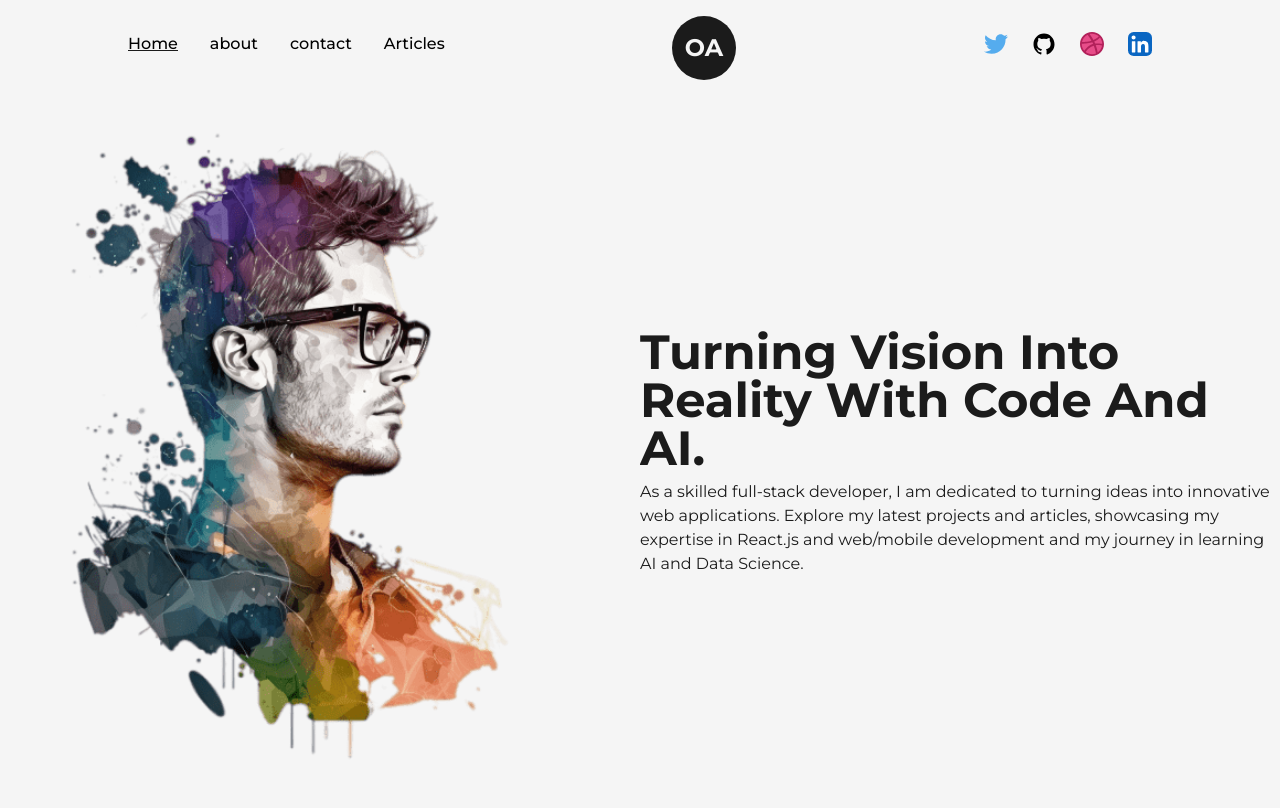
Repository: OussamaAbderraoufAttia/Next.js-Developer-Portfolio
Page: /
These files come from the project's save history. The page is drawn as it stood at one moment and after the next save; the edit follows.
The browser window is 1280 px wide. The pictures show the whole page.
The project was rebuilt for these pictures with package versions that can differ from the ones it lists, and the page was loaded fresh each time. The framework's server and built-in components were replaced by stand-ins that run in the browser. Also part of the build but not shown: next.config.js.

Above is the page before, as saved 2023-06-24 23:51:56.

### src/pages/_app.js
import NavBar from '@/components/NavBar'
import '@/styles/globals.css'
import { Montserrat } from 'next/font/google'
import Head from 'next/head'


const montserrat = Montserrat({
  subsets: ['latin'],
  variable: "--font-mont"
})
export default function App({ Component, pageProps }) {
  return (
    <>
    <Head>
      <meta name="viewport" content="width=device-width, initial-scale=1" />
      <link rel="icon" href="/favicon.ico" />
    </Head>
    <main className={`${montserrat.variable} font-mont bg-light w-full min-h-screen`}>
      <NavBar />
      <Component {...pageProps} />
    </main>
    </>
  )
}

### src/pages/index.js
import Head from 'next/head';
import Layout from '@/components/Layout';
import AnimatedText from '@/components/AnimatedText';
import Image from 'next/image';
import developerPic from '../../public/images/profile/developer-pic-1.png';

export default function Home() {
  return (
    <>
      <Head>
        <title>Oussama Abderraouf ATTIA</title>
        <meta name="description" content="Oussama Abderraouf ATTIA, 2CP student at ESI Algiers" />
      </Head>
      <main className="flex items-center text-dark w-full min-h-screen">
        <Layout>
          <div className="flex  items-center justify-between w-full">
            <div className='w-1/2'>
              <Image src={developerPic} alt="Oussama Abderraouf ATTIA" className="w-full h-auto" />
            </div>
            <div className='w-1/2 flex flex-col items-center self-center '>
              <AnimatedText text="Turning Vision Into Reality With Code And AI." className='!text-5xl !text-left'/>
              <p>
              As a skilled full-stack developer, I am dedicated to turning ideas into innovative web applications.
              Explore my latest projects and articles, showcasing my expertise in React.js and web/mobile development and my journey in learning AI and Data Science.
              </p>
            </div>
          </div>
        </Layout>
      </main>
    </>
  );
}

### src/components/NavBar.js
import Link from "next/link";
import React from "react";
import { useRouter } from "next/router";
import Logo from "./Logo";
import   { TwitterIcon, DribbbleIcon, GithubIcon, LinkedInIcon, PinterestIcon } from "./Icons";
import { motion } from "framer-motion";

const CustomLink = ({ href, title, className="" }) => {
    const router = useRouter();
    return (
        <Link href={href} className= {`${className} relative group `}>
            {title }
            <span className={`h-[1px] inline-block bg-dark absolute left-0 bottom-0.5 group-hover:w-full
            transiion-[width] ease duration-300 ${router.asPath === href ? "w-full" : "w-0" }
            `}> &nbsp; </span>
        </Link>
    )
}


const NavBar = () => {
    return (
        <header className="w-full px-32 py-8 font-medium flex items-center justify-between">
            <nav>
                <CustomLink href="/"  title="Home" className="mr-4"/>
                <CustomLink href="/about" title="about" className="mx-4"/>
                <CustomLink href="/contact"  title="contact" className="mx-4"/>
                <CustomLink href="/Articles"  title="Articles" className="ml-4"/>
            </nav>

            <nav className="flex item-center justify-center flex-wrap">
                <motion.a href="https://twitter.com/oussamaattia245" target={"_blank"}
                whileHover={{ y:-5  }}
                whileTap={{ scale: 0.9 }}
                className="w-6 mx-3"
                >
                    <TwitterIcon />
                 </motion.a>
                <motion.a href="https://github.com/OussamaAbderraoufAttia" target={"_blank"}
                whileHover={{ y:-5  }} whileTap={{ scale: 0.9 }}
                className="w-6 mx-3"
                > <GithubIcon /> </motion.a>
                <motion.a href="https://dribbble.com/JohnLoyd" target={"_blank"}
                whileHover={{ y:-5  }} whileTap={{ scale: 0.9 }}
                className="w-6 mx-3"
                > <DribbbleIcon /> </motion.a>
                <motion.a href="https://www.linkedin.com/in/oussama-abderraouf-attia-494b32225/" target={"_blank"}
                whileHover={{ y:-5  }} whileTap={{ scale: 0.9 }}
                className="w-6 ml-3"
                > <LinkedInIcon /> </motion.a>

            </nav>
            <div className="absolute left-[50%] top-2    translate-x-[50%]">
                 <Logo />
            </div>
        </header>
    )
}

export default NavBar;

### src/components/Layout.js
import React from 'react';

const Layout = ({ children, className = "" }) => {
  return (
    <div className={` w-full h-full inline-block z-0 bg-light ${className}`}>
      {children}
    </div>
  );
};

export default Layout;

### src/components/AnimatedText.js
import React from 'react';
import { motion } from 'framer-motion';

const quote = {
    initial:{
        opacity:0,
    },
    animate:{
        opacity:1,
        transition:{
            delay:0.5,
            staggerChildren: 0.08,
        }
    }
}
const singleWord  = {
    initial:{
        opacity:0,
        y: 50,
    },
    animate:{
        opacity:1,
        y:0,
        transition:{
            duration: 1,
        }
    }
}
const AnimatedText = ({ text, className = "" }) => {
  return (
    <div className='w-full mx-auto py-2 flex items-center justify-center text-center overflow-hidden'>
      <motion.h1 className={`inline-block text-dark font-bold capitalize text-8xl ${className}`}
      variants={quote}
      inherit='initial'
      animate='animate'
      >
        {text.split(" ").map((word, index) =>
          <span key={word + '-' + index} className='inline-block '
          variants={singleWord}
            inherit='initial'
            animate='animate'
          >
            {word}&nbsp;
          </span>
        )}
      </motion.h1>
    </div>
  );
};

export default AnimatedText;

### src/components/Logo.js
import React from "react";
import Link from "next/link";
import { motion } from "framer-motion";



const MotionLink = motion(Link);
const Logo = () => {
  return (
    <div className="flex items-center justify-center mt-2">
      <MotionLink
        href="/"
        className="w-16 h-16 bg-dark text-light flex items-center justify-center rounded-full font-bold text-2xl"
        whileHover={{
            backgroundColor:["#121212", "rgba(131,58,180,1)","rgba(253,29,29,1)","rgba(252,176,69,1)","rgba(131,58,180,1)", "#121212"],
          transition: {
            duration: 1,
            repeat: Infinity,
          },
        }}
      >
        OA
      </MotionLink>
    </div>
  );
};

export default Logo;

### tailwind.config.js
/** @type {import('tailwindcss').Config} */
const {fontFamily} = require('tailwindcss/defaultTheme')

module.exports = {
  content: [
    // Or if using `src` directory:
    "./src/**/*.{js,ts,jsx,tsx,mdx}",
  ],
  theme: {
    extend: {
      fontFamily: {
        mont: ['var(--font-mont)', 'sans-serif'],
      },
        colors: {
          dark: "#1b1b1b",
          light: "#f5f5f5",
          primary: "#B63E96", // 240,86,199
          primaryDark: "#58E6D9", // 80,230,217
      },
    },
  },
  plugins: [],
}

Loaded but not shown: src/pages/_document.js (common file); src/styles/globals.css (common file); src/components/Icons.js (483 lines, source omitted)

After the next save:
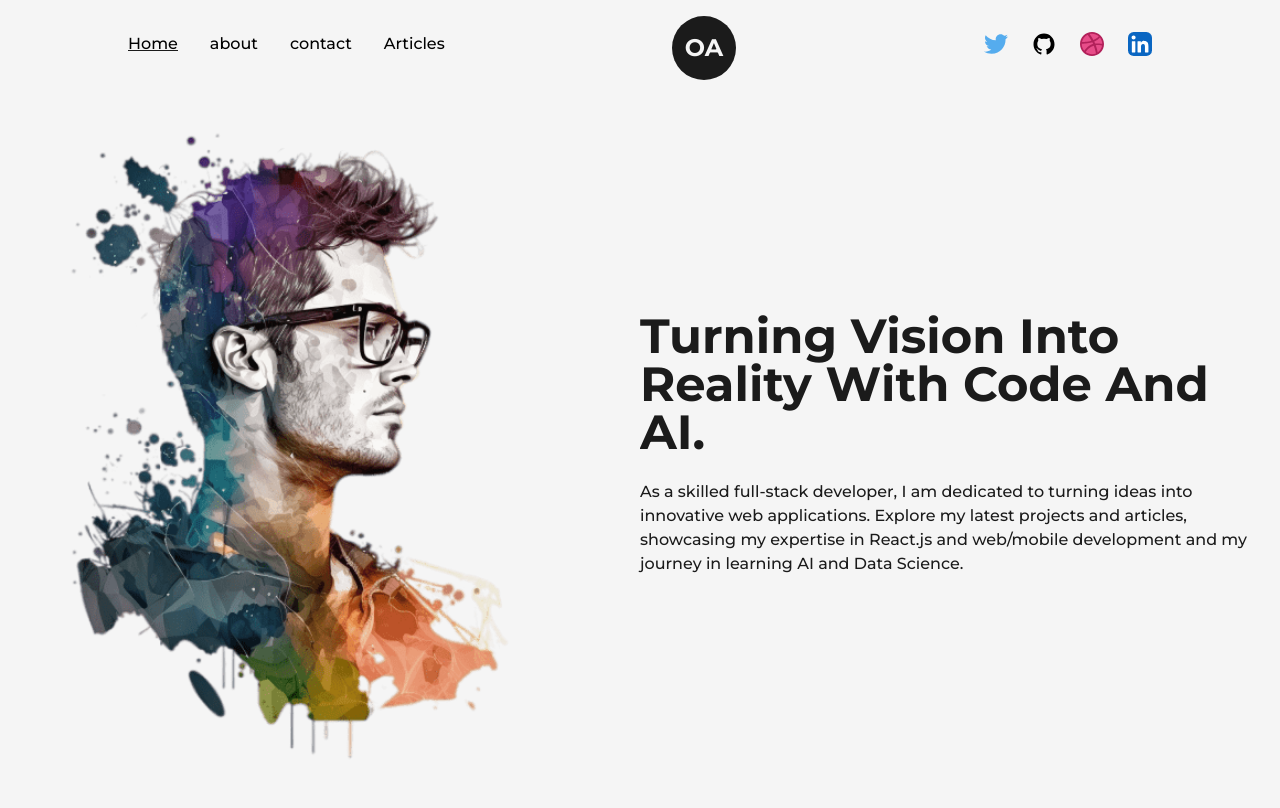
Saved 6 min 27 s later.
--- a/src/pages/index.js
+++ b/src/pages/index.js
@@ -19,7 +19,7 @@
             </div>
             <div className='w-1/2 flex flex-col items-center self-center '>
               <AnimatedText text="Turning Vision Into Reality With Code And AI." className='!text-5xl !text-left'/>
-              <p>
+              <p className='my-4 text-base font-medium'>
               As a skilled full-stack developer, I am dedicated to turning ideas into innovative web applications.
               Explore my latest projects and articles, showcasing my expertise in React.js and web/mobile development and my journey in learning AI and Data Science.
               </p>
